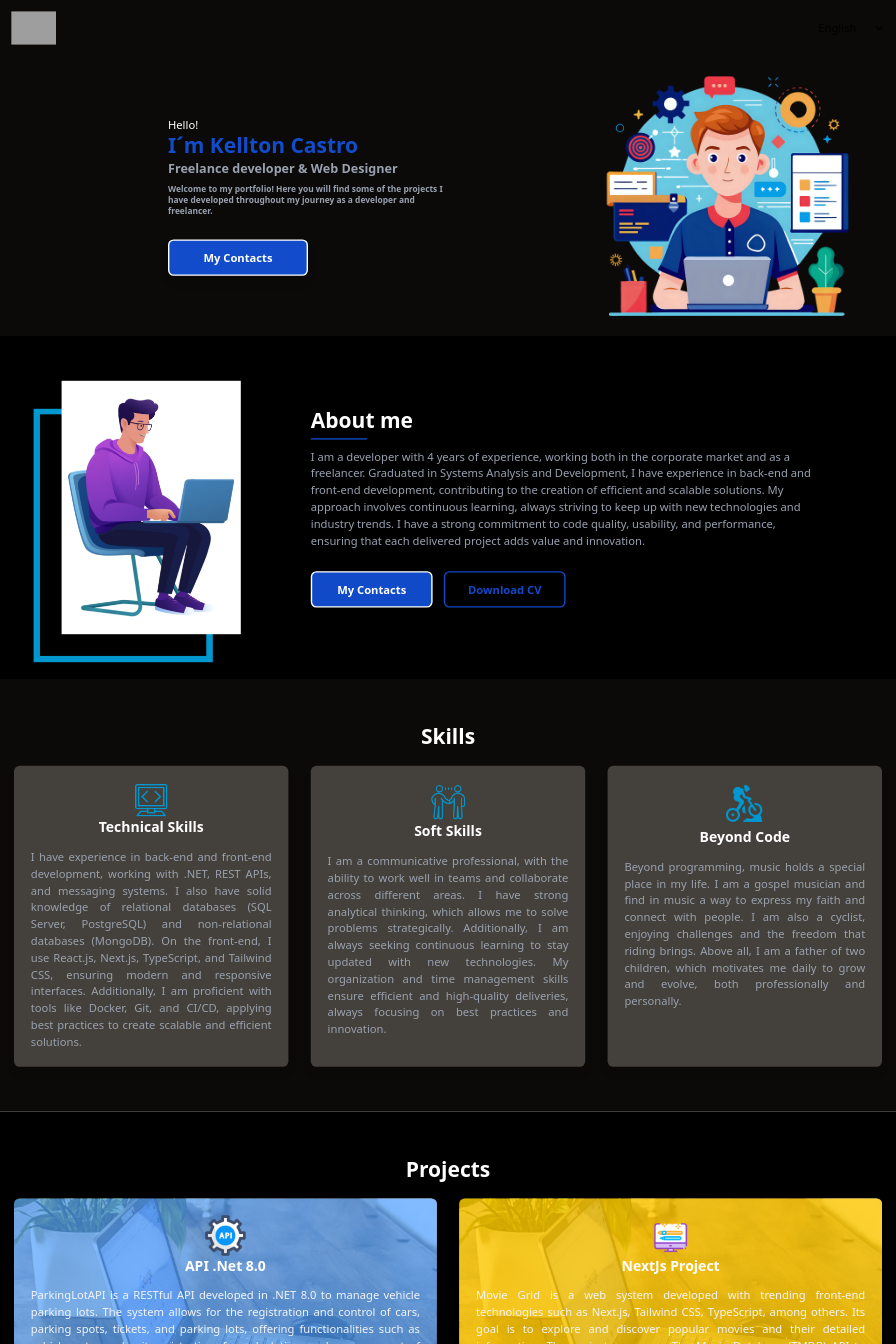
Repository: kcsdesenvolvedor/portfolio
Page: index.html
The author's editor kept a copy of each file at every save. The page is drawn from the files as they stood at one save, then again after the next save.
The browser window is 1280 px wide. The pictures show the part of the page from y = 0 to 1920 px (the page is 2838 px tall), at 70% of full size.
Pictures or frames that could not be fetched are drawn as grey boxes.

Above is the page before, as saved 2025-03-26 17:28:13.
Console error: TypeError: Cannot read properties of null (reading 'textContent')

After the next save:
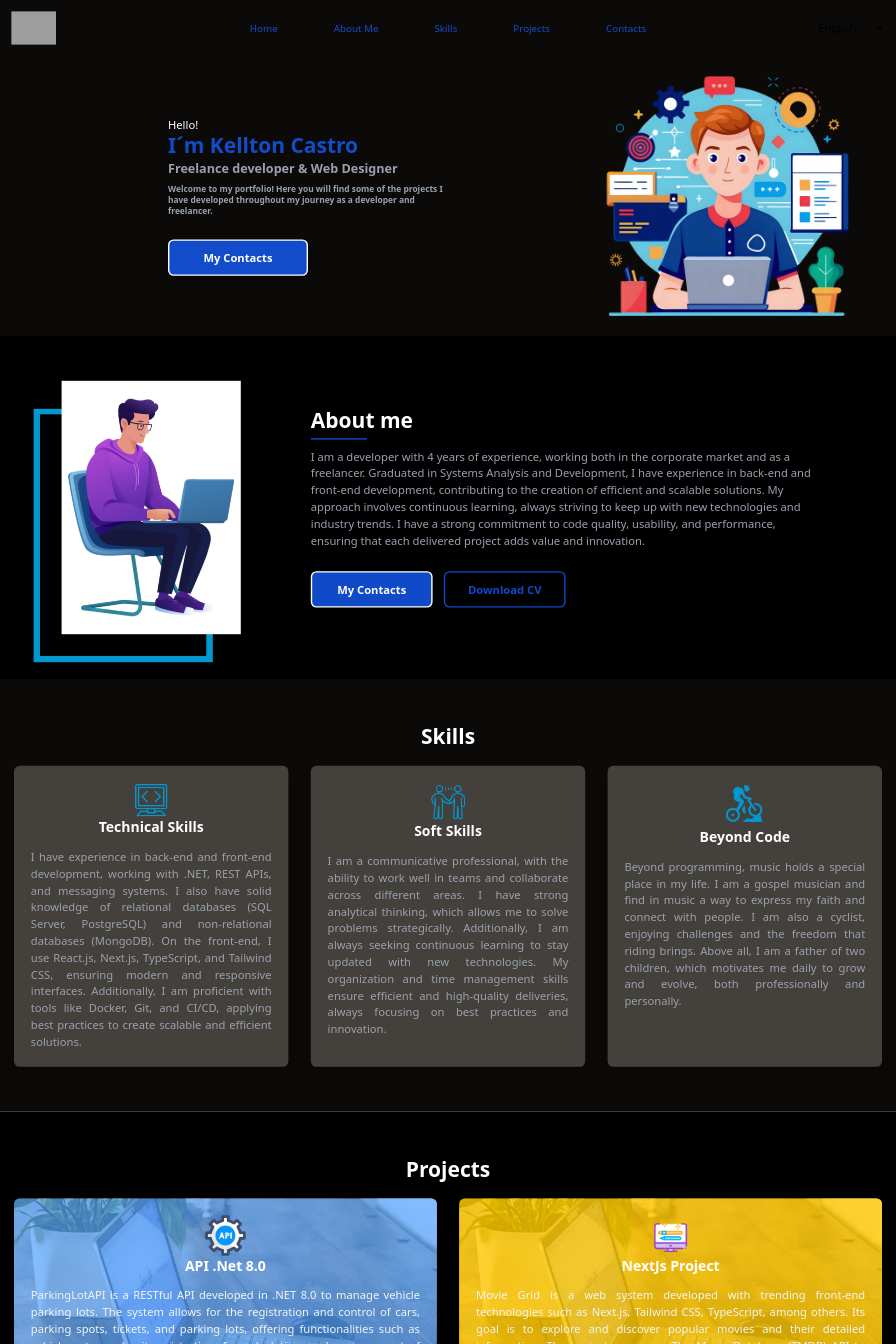
Saved 2 min 58 s later.
--- a/index.html
+++ b/index.html
@@ -63,11 +63,11 @@
                 </button>
             </div>
             <ul class="hidden absolute top-1/2 left-1/2 transform -translate-y-1/2 -translate-x-1/2 lg:mx-auto lg:flex lg:items-center lg:w-auto lg:space-x-20">
-                <li><a class="text-sm text-blue-600/80 dark:text-sky-400/80 hover:text-white" href="#home" data-i18n>Home</a></li>
-                <li><a class="text-sm text-blue-600/80 dark:text-sky-400/80 hover:text-white" href="#about" data-i18n>About Me</a></li>
-                <li><a class="text-sm text-blue-600/80 dark:text-sky-400/80 hover:text-white" href="#achievements" data-i18n>Skills</a></li>
-                <li><a class="text-sm text-blue-600/80 dark:text-sky-400/80 hover:text-white" href="#achievements" data-i18n>Projects</a></li>
-                <li><a class="text-sm text-blue-600/80 dark:text-sky-400/80 hover:text-white" href="#contact" data-i18n>Contacts</a></li>
+                <li><a class="text-sm text-blue-600/80 dark:text-sky-400/80 hover:text-white" href="#home" data-i18n="home"></a></li>
+                <li><a class="text-sm text-blue-600/80 dark:text-sky-400/80 hover:text-white" href="#about" data-i18n="about"></a></li>
+                <li><a class="text-sm text-blue-600/80 dark:text-sky-400/80 hover:text-white" href="#achievements" data-i18n="skills"></a></li>
+                <li><a class="text-sm text-blue-600/80 dark:text-sky-400/80 hover:text-white" href="#achievements" data-i18n="projects"></a></li>
+            <li><a class="text-sm text-blue-600/80 dark:text-sky-400/80 hover:text-white" href="#contact" data-i18n="contacts"></a></li>
             </ul>
             <div>
                 <select id="language-select">
